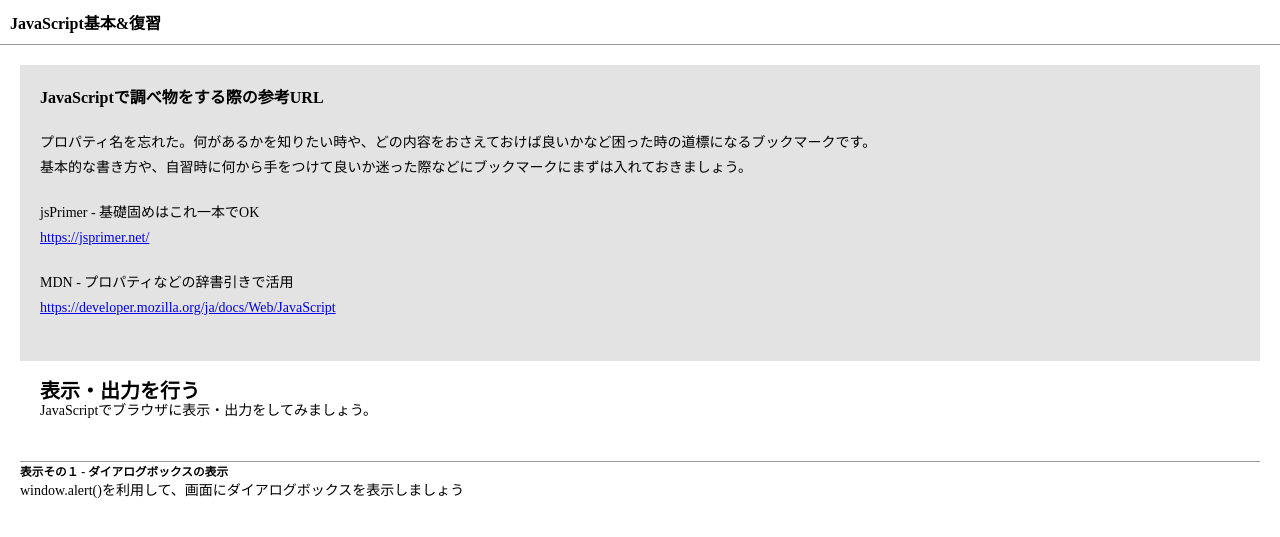
Repository: Yuto-Arakawa/study_js
Page: 01_basic/荒川/ara_basic01.html
These files come from the project's save history. The page is drawn as it stood at one moment and after the next save; the edit follows.
The browser window is 1280 px wide. The pictures show the whole page.

Above is the page before, as saved 2026-11-06 15:28:40.

### 01_basic/荒川/ara_basic01.html
<!DOCTYPE html>
<html lang="ja">
<head>
  <meta charset="utf-8">
  <meta name="viewport" content="width=device-width, initial-scale=1">
  <meta name="color-scheme" content="light">
  <meta name="format-detection" content="telephone=no">
  <meta name="description" content="ここに説明文を設定">
  <title>ara_basic01</title>

  <!-- 共有用 OGP / X(Twitter) -->
  <meta property="og:site_name" content="サイト名">
  <meta property="og:title" content="サイトタイトル">
  <meta property="og:description" content="サイト説明文">
  <meta property="og:type" content="website">
  <meta property="og:url" content="https://hoge.ecc.com/">
  <meta property="og:image" content="https://hoge.ecc.com/ogp.png">
  <meta name="twitter:card" content="summary_large_image">
  <meta name="twitter:site" content="@twitteraccount">

  <!-- 正規URL -->
  <link rel="canonical" href="URL">
	<!-- 多言語サイト用 -->
	<!-- <link rel="alternate" hreflang="ja" href="URL"> -->

  <!-- アイコン（SVG優先、ICOフォールバック、Apple Touch） -->
  <link rel="icon" type="image/svg+xml" href="favicon.svg">
  <link rel="alternate icon" href="favicon.ico">
  <link rel="apple-touch-icon" href="apple-touch-icon.png" sizes="180x180">

  <!-- テーマカラー（PWAでなくてもアドレスバー色に反映） -->
  <meta name="theme-color" content="#FFFFFF">

	<!-- スタイルの読み込み -->
    <link rel="stylesheet" href="css/ress.css">
    <link rel="stylesheet" href="css/basic01.css">

</head>
<body>
    <header>
        <h1>JavaScript基本&復習</h1>
    </header>
    <main>
        <div class="reference">
            <h2>JavaScriptで調べ物をする際の参考URL</h2>
                <p>
                    プロパティ名を忘れた。何があるかを知りたい時や、どの内容をおさえておけば良いかなど困った時の道標になるブックマークです。<br>
                    基本的な書き方や、自習時に何から手をつけて良いか迷った際などにブックマークにまずは入れておきましょう。
                </p>

                <p>
                    jsPrimer - 基礎固めはこれ一本でOK<br>
                    <a href="https://jsprimer.net/" target="_blank">https://jsprimer.net/</a>
                </p>
                <p>
                    MDN - プロパティなどの辞書引きで活用<br>
                    <a href="https://developer.mozilla.org/ja/docs/Web/JavaScript" target="_blank">https://developer.mozilla.org/ja/docs/Web/JavaScript</a>
                </p>
        </div>
        <div class="output">
            <h2>表示・出力を行う</h2>
                <p>JavaScriptでブラウザに表示・出力をしてみましょう。</p>
        </div>
            <h3>表示その１ - ダイアログボックスの表示</h3>
                <p>window.alert()を利用して、画面にダイアログボックスを表示しましょう</p>
    </main>
</body>
</html>

### 01_basic/荒川/css/ress.css
/* resset.dev • v6.0.0 */

/* # =================================================================
   # Global selectors
   # ================================================================= */

html {
  box-sizing: border-box;
  -webkit-text-size-adjust: 100%; /* Prevent adjustments of font size after orientation changes in iOS */
  word-break: normal;
  -moz-tab-size: 4;
  tab-size: 4;
}

*,
::before,
::after {
  background-repeat: no-repeat; /* Set `background-repeat: no-repeat` to all elements and pseudo elements */
  box-sizing: inherit;
}

::before,
::after {
  text-decoration: inherit; /* Inherit text-decoration and vertical align to ::before and ::after pseudo elements */
  vertical-align: inherit;
}

* {
  padding: 0; /* Reset `padding` and `margin` of all elements */
  margin: 0;
}

/* # =================================================================
   # General elements
   # ================================================================= */

hr {
  overflow: visible; /* Show the overflow in Edge and IE */
  height: 0; /* Add the correct box sizing in Firefox */
  color: inherit; /* Correct border color in Firefox. */
}

details,
main {
  display: block; /* Render the `main` element consistently in IE. */
}

summary {
  display: list-item; /* Add the correct display in all browsers */
}

small {
  font-size: 80%; /* Set font-size to 80% in `small` elements */
}

[hidden] {
  display: none; /* Add the correct display in IE */
}

abbr[title] {
  border-bottom: none; /* Remove the bottom border in Chrome 57 */
  /* Add the correct text decoration in Chrome, Edge, IE, Opera, and Safari */
  text-decoration: underline;
  text-decoration: underline dotted;
}

a {
  background-color: transparent; /* Remove the gray background on active links in IE 10 */
}

a:active,
a:hover {
  outline-width: 0; /* Remove the outline when hovering in all browsers */
}

code,
kbd,
pre,
samp {
  font-family: monospace, monospace; /* Specify the font family of code elements */
}

pre {
  font-size: 1em; /* Correct the odd `em` font sizing in all browsers */
}

b,
strong {
  font-weight: bolder; /* Add the correct font weight in Chrome, Edge, and Safari */
}

/* https://gist.github.com/unruthless/413930 */
sub,
sup {
  font-size: 75%;
  line-height: 0;
  position: relative;
  vertical-align: baseline;
}

sub {
  bottom: -0.25em;
}

sup {
  top: -0.5em;
}

table {
  border-color: inherit; /* Correct border color in all Chrome, Edge, and Safari. */
  text-indent: 0; /* Remove text indentation in Chrome, Edge, and Safari */
}

iframe {
  border-style: none;
}

/* # =================================================================
   # Accessibility
   # ================================================================= */

/* Specify the progress cursor of updating elements */
[aria-busy='true'] {
  cursor: progress;
}

/* Specify the pointer cursor of trigger elements */
[aria-controls] {
  cursor: pointer;
}

/* # =================================================================
   # Forms
   # ================================================================= */

input {
  border-radius: 0;
}

[type='number']::-webkit-inner-spin-button,
[type='number']::-webkit-outer-spin-button {
  height: auto; /* Correct the cursor style of increment and decrement buttons in Chrome */
}

[type='search'] {
  -webkit-appearance: textfield; /* Correct the odd appearance in Chrome and Safari */
  outline-offset: -2px; /* Correct the outline style in Safari */
}

[type='search']::-webkit-search-decoration {
  -webkit-appearance: none; /* Remove the inner padding in Chrome and Safari on macOS */
}

textarea {
  overflow: auto; /* Internet Explorer 11+ */
  resize: vertical; /* Specify textarea resizability */
}

button,
input,
optgroup,
select,
textarea {
  font: inherit; /* Specify font inheritance of form elements */
}

optgroup {
  font-weight: bold; /* Restore the font weight unset by the previous rule */
}

button {
  overflow: visible; /* Address `overflow` set to `hidden` in IE 8/9/10/11 */
}

button,
select {
  text-transform: none; /* Firefox 40+, Internet Explorer 11- */
}

/* Apply cursor pointer to button elements */
button,
[type='button'],
[type='reset'],
[type='submit'],
[role='button'] {
  cursor: pointer;
}

/* Remove inner padding and border in Firefox 4+ */
button::-moz-focus-inner,
[type='button']::-moz-focus-inner,
[type='reset']::-moz-focus-inner,
[type='submit']::-moz-focus-inner {
  border-style: none;
  padding: 0;
}

/* Replace focus style removed in the border reset above */
button:-moz-focusring,
[type='button']::-moz-focus-inner,
[type='reset']::-moz-focus-inner,
[type='submit']::-moz-focus-inner {
  outline: 1px dotted ButtonText;
}

button,
html [type='button'], /* Prevent a WebKit bug where (2) destroys native `audio` and `video`controls in Android 4 */
[type='reset'],
[type='submit'] {
  -webkit-appearance: button; /* Correct the inability to style clickable types in iOS */
}

/* Remove the default button styling in all browsers */
button,
input,
select,
textarea {
  background-color: transparent;
  border-style: none;
}

a:focus,
button:focus,
input:focus,
select:focus,
textarea:focus {
  outline-width: 0;
}

/* Style select like a standard input */
select {
  -moz-appearance: none; /* Firefox 36+ */
  -webkit-appearance: none; /* Chrome 41+ */
}

select::-ms-expand {
  display: none; /* Internet Explorer 11+ */
}

select::-ms-value {
  color: currentColor; /* Internet Explorer 11+ */
}

legend {
  border: 0; /* Correct `color` not being inherited in IE 8/9/10/11 */
  color: inherit; /* Correct the color inheritance from `fieldset` elements in IE */
  display: table; /* Correct the text wrapping in Edge and IE */
  max-width: 100%; /* Correct the text wrapping in Edge and IE */
  white-space: normal; /* Correct the text wrapping in Edge and IE */
  max-width: 100%; /* Correct the text wrapping in Edge 18- and IE */
}

::-webkit-file-upload-button {
  /* Correct the inability to style clickable types in iOS and Safari */
  -webkit-appearance: button;
  color: inherit;
  font: inherit; /* Change font properties to `inherit` in Chrome and Safari */
}

/* Replace pointer cursor in disabled, not-editable, or otherwise inoperable elements */
[disabled],
[aria-disabled='true'] {
  cursor: default;
}

/* # =================================================================
   # Specify media element style
   # ================================================================= */

img {
  border-style: none; /* Remove border when inside `a` element in IE 8/9/10 */
}

/* Add the correct vertical alignment in Chrome, Firefox, and Opera */
progress {
  vertical-align: baseline;
}

### 01_basic/荒川/css/basic01.css
html{
    font-size: 62.5%;
}

header{
    padding: 1rem;
    border-bottom: solid 1px #999;
    font-size: 8px;
}

main{
    padding: 20px;
    p{
        font-size: 14px;
        margin-bottom: 20px;
    }
}

.reference{
    padding: 20px;
    height: 296px;
    background-color: #e3e3e3;
    line-height: 25px;
    h2{
        font-size: 16px;
        margin-bottom: 20px;
    }
}

.output{
    padding: 20px;
    border-bottom: solid 1px #999;
    line-height: 20px;
    h2{
        font-size: 20px;
    }
}

After the next save:
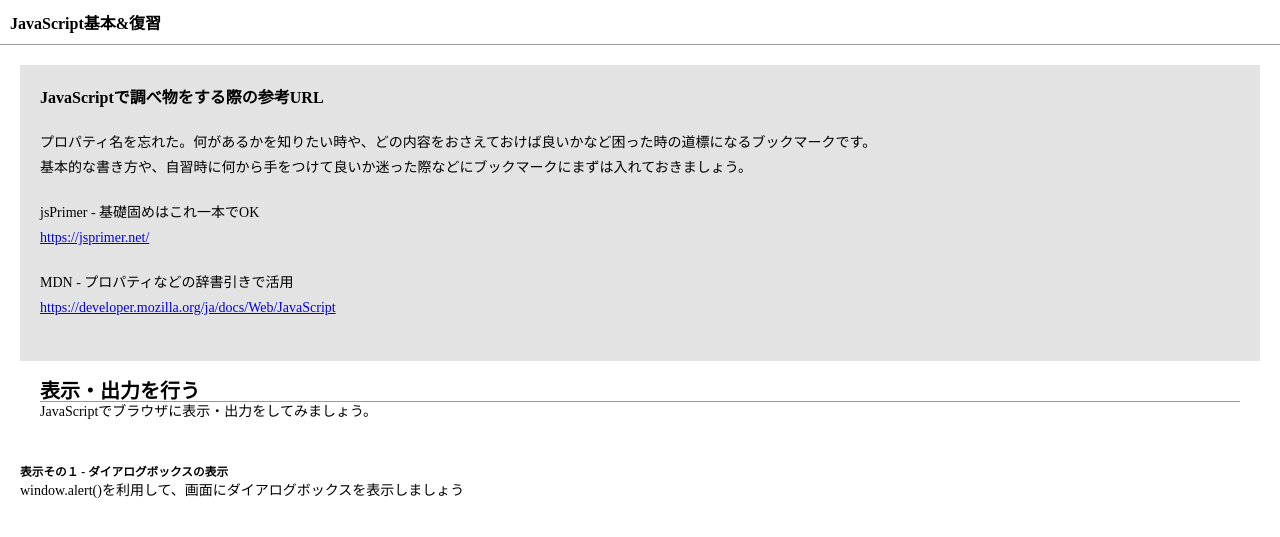
Saved 31 s later.
--- a/01_basic/荒川/css/basic01.css
+++ b/01_basic/荒川/css/basic01.css
@@ -29,9 +29,9 @@ main{
 
 .output{
     padding: 20px;
-    border-bottom: solid 1px #999;
     line-height: 20px;
     h2{
         font-size: 20px;
+        border-bottom: solid 1px #999;
     }
 }
